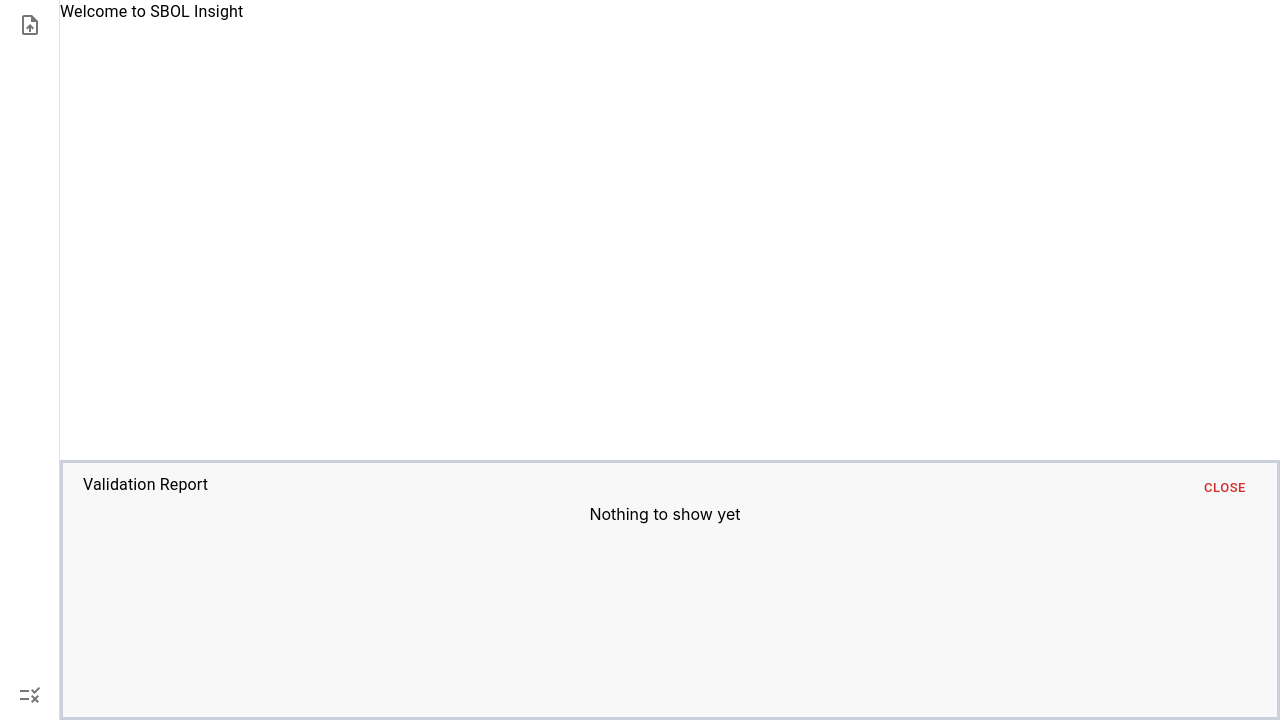
Repository: imark00/sbolInsight_frontend
Page: /, after clicking the first element matching `div.MuiPaper-root > :nth-child(2)`
An editor plug-in stored every save of this project. The page is shown before and after the next save, followed by the edit.
The browser window is 1280 px wide. The pictures show the whole page.
The project was rebuilt for these pictures with package versions that can differ from the ones it lists, and the page was loaded fresh each time.

Above is the page before, as saved 2024-08-19 23:58:54.

After the next save:
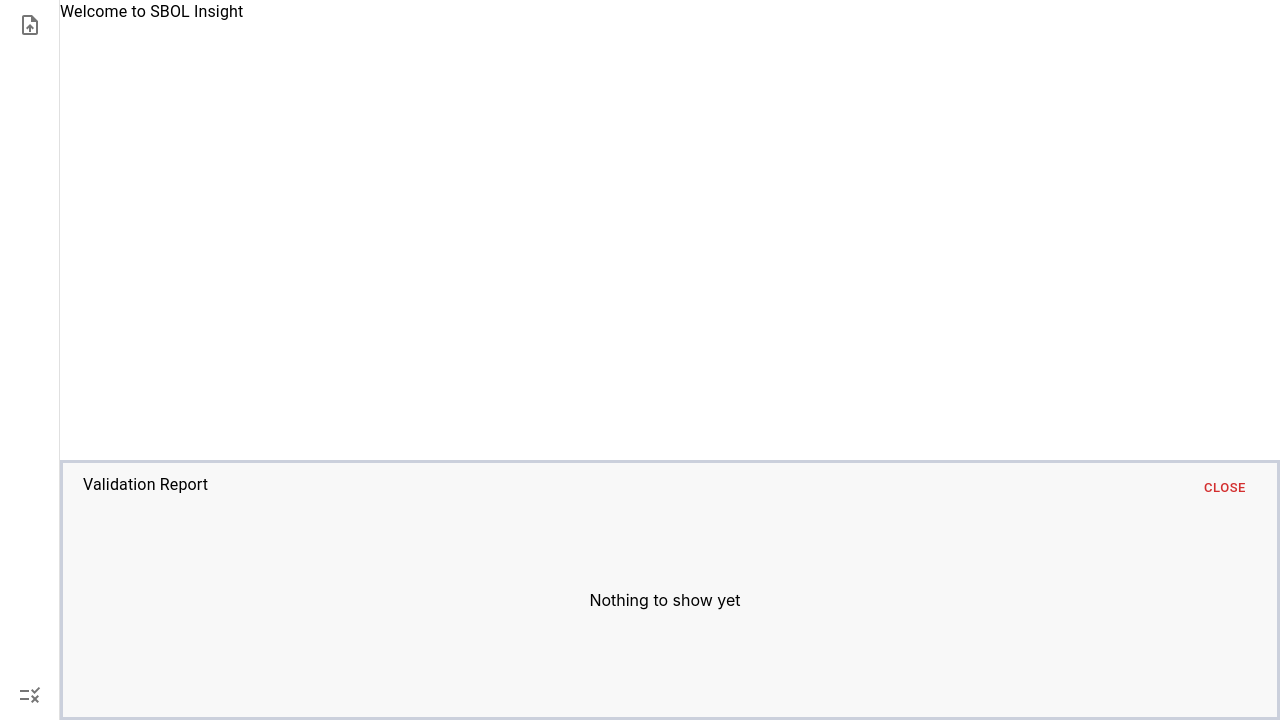
Saved 9 s later.
--- a/src/sbolInsight.js
+++ b/src/sbolInsight.js
@@ -595,6 +595,7 @@ const SBOLInsightPage = () => {
                                 </Box>
                                 : <Box
                                     sx={{
+                                        flex: 1,
                                         flexDirection: 'column',
                                         justifyContent: 'center',
                                         display: 'flex',
